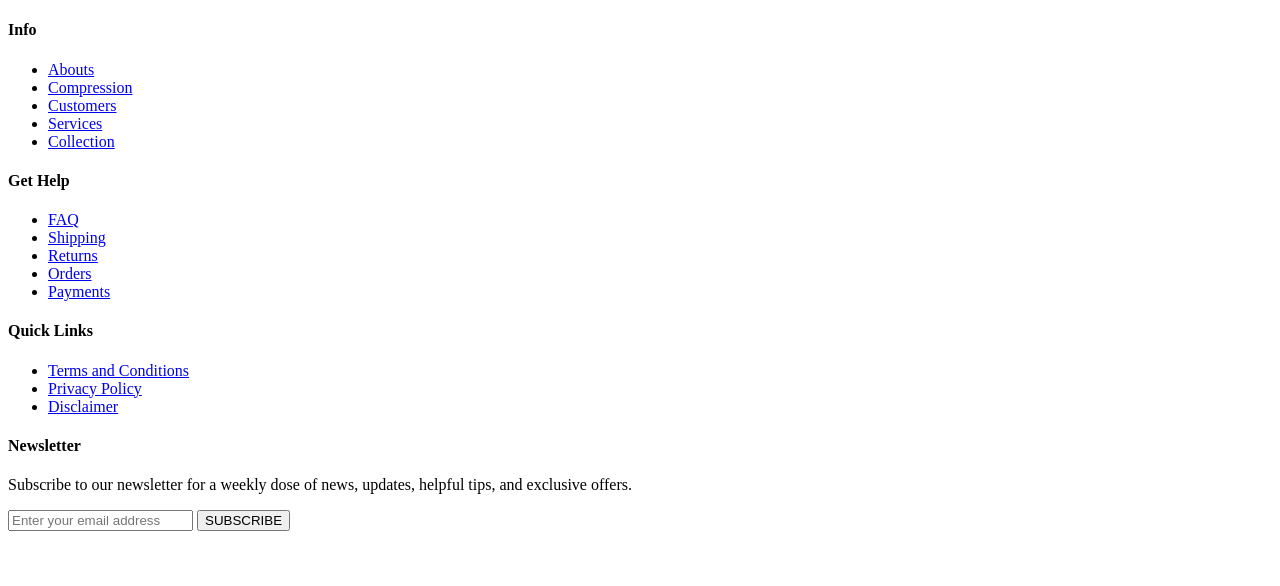
Repository: syni18/responsive_footer
Page: index.html
An editor plug-in stored every save of this project. The page is shown before and after a run of saves, followed by the edit.
The browser window is 1280 px wide. The pictures show the whole page.
Some icons come from a web library that is not loaded, so they are not drawn. Some web libraries are served in a nearby version.

Above is the page before, as saved 2023-11-03 17:10:11.

After the next 4 saves:
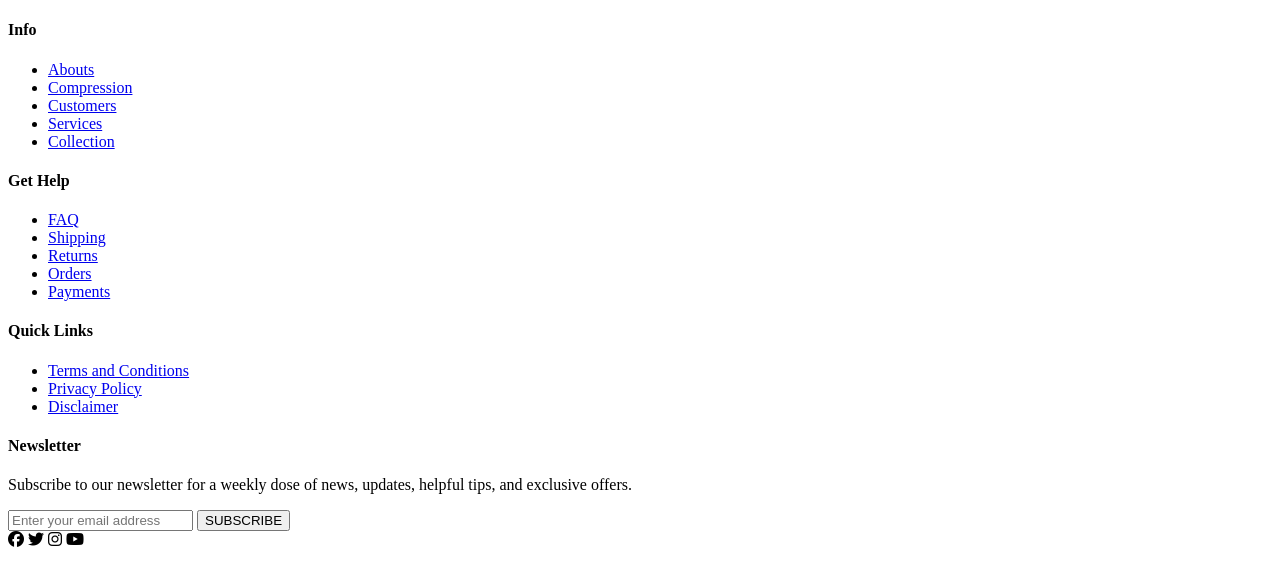
The 4 saves are shown as one change because they came seconds apart.
The last was saved 18 s later.
--- a/index.html
+++ b/index.html
@@ -3,7 +3,7 @@
 <head>
     <meta charset="UTF-8">
     <meta name="viewport" content="width=device-width, initial-scale=1.0">
-    <link rel="stylesheet" href="https://cdnjs.cloudflare.com/ajax/libs/font-awesome/6.4.2/css">
+    <link rel="stylesheet" href="https://cdnjs.cloudflare.com/ajax/libs/font-awesome/6.4.2/css/all.in.css"/>
     <title>Responsive footer</title>
 </head>
 <body>
